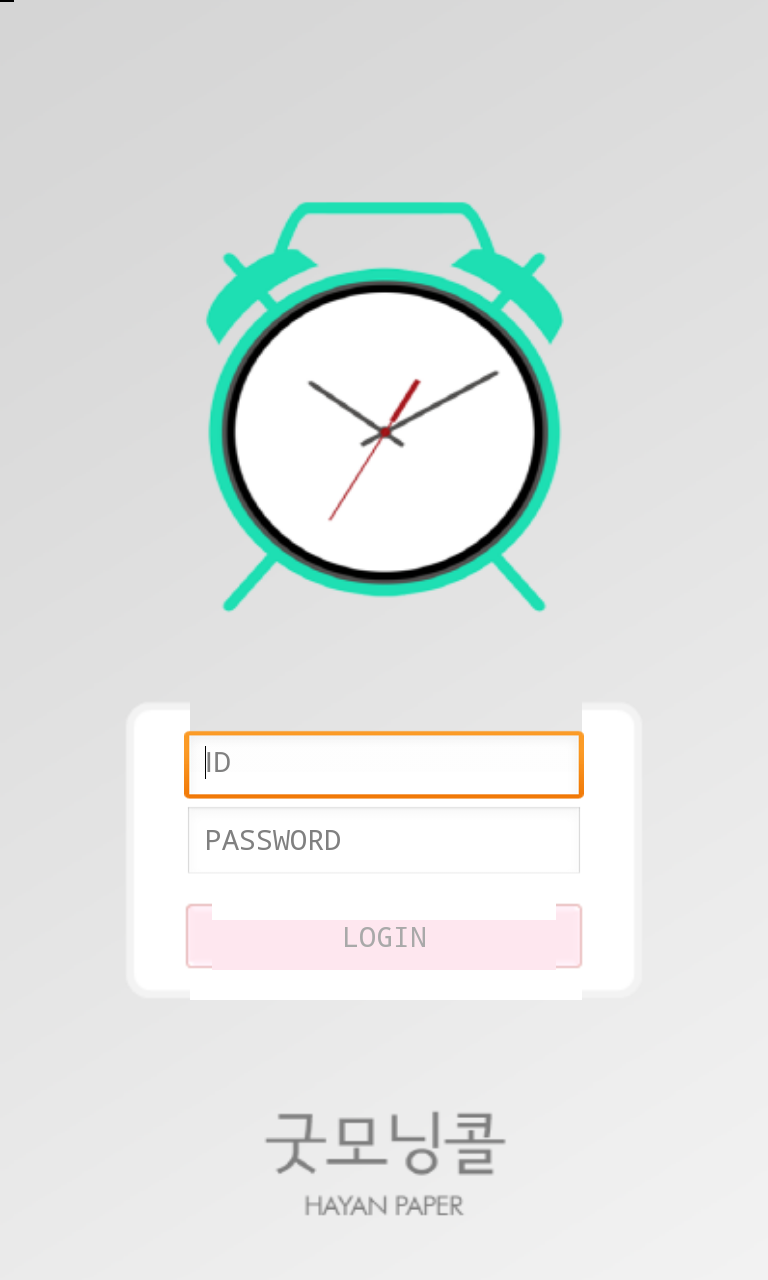
Repository: blacky512/smart_morning_call
Layout: client/SmartMorningCall/res/layout/login_activity.xml
The author's editor kept a copy of each file at every save. The layout is drawn from the files as they stood at one save, then again after the next save.
It is drawn on a 768 x 1280 px phone screen (xhdpi) without system bars, with theme android:Theme.NoTitleBar; the app's code is not run.

Above is the layout before, as saved 2013-02-25 16:34:45.

After the next save:
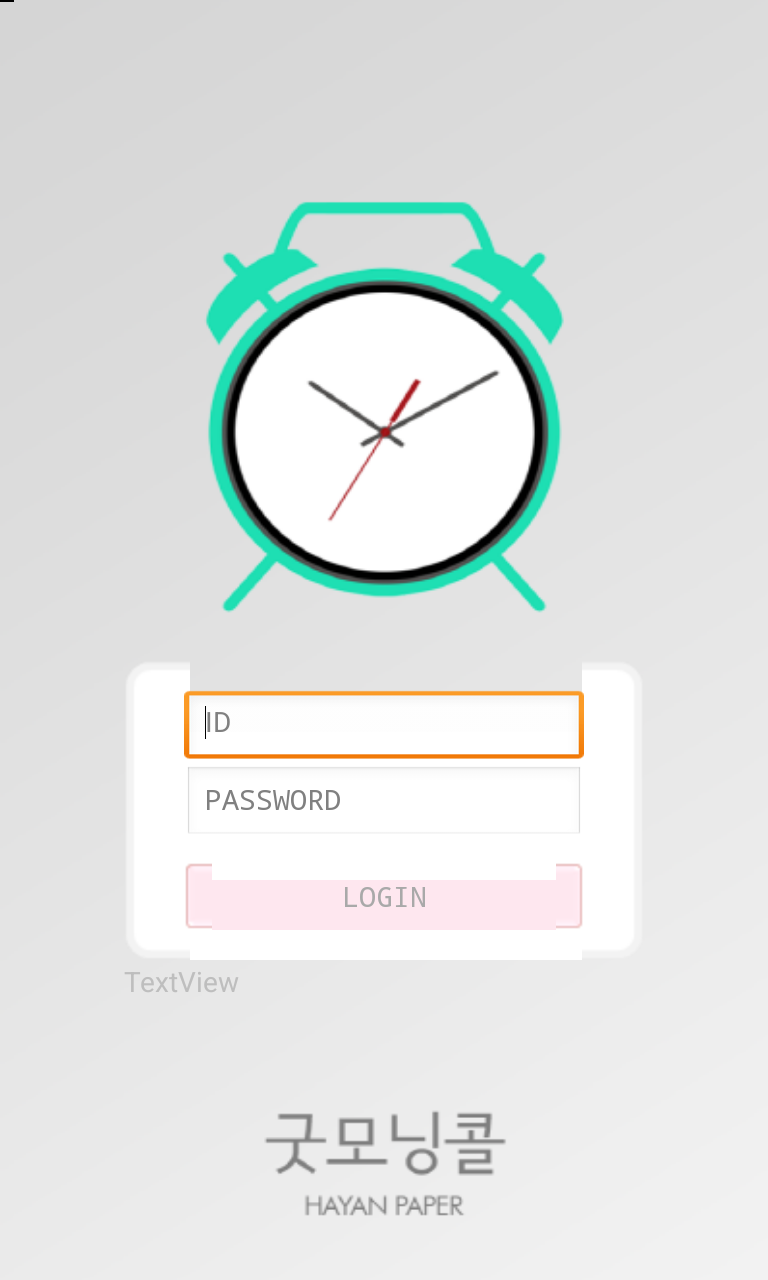
Saved 2 min 41 s later.
--- a/client/SmartMorningCall/res/layout/login_activity.xml
+++ b/client/SmartMorningCall/res/layout/login_activity.xml
@@ -102,8 +102,10 @@
                 android:id="@+id/textView1"
                 android:layout_width="wrap_content"
                 android:layout_height="wrap_content"
-                android:text="TextView"
-                android:layout_below="@+id/rl2"/>
+                android:layout_below="@+id/rl2"
+                android:layout_marginTop="1dp"
+                android:layout_alignRight="true"
+                android:text="TextView" />
 
         </RelativeLayout>
     </RelativeLayout>

After the 3 saves that followed:
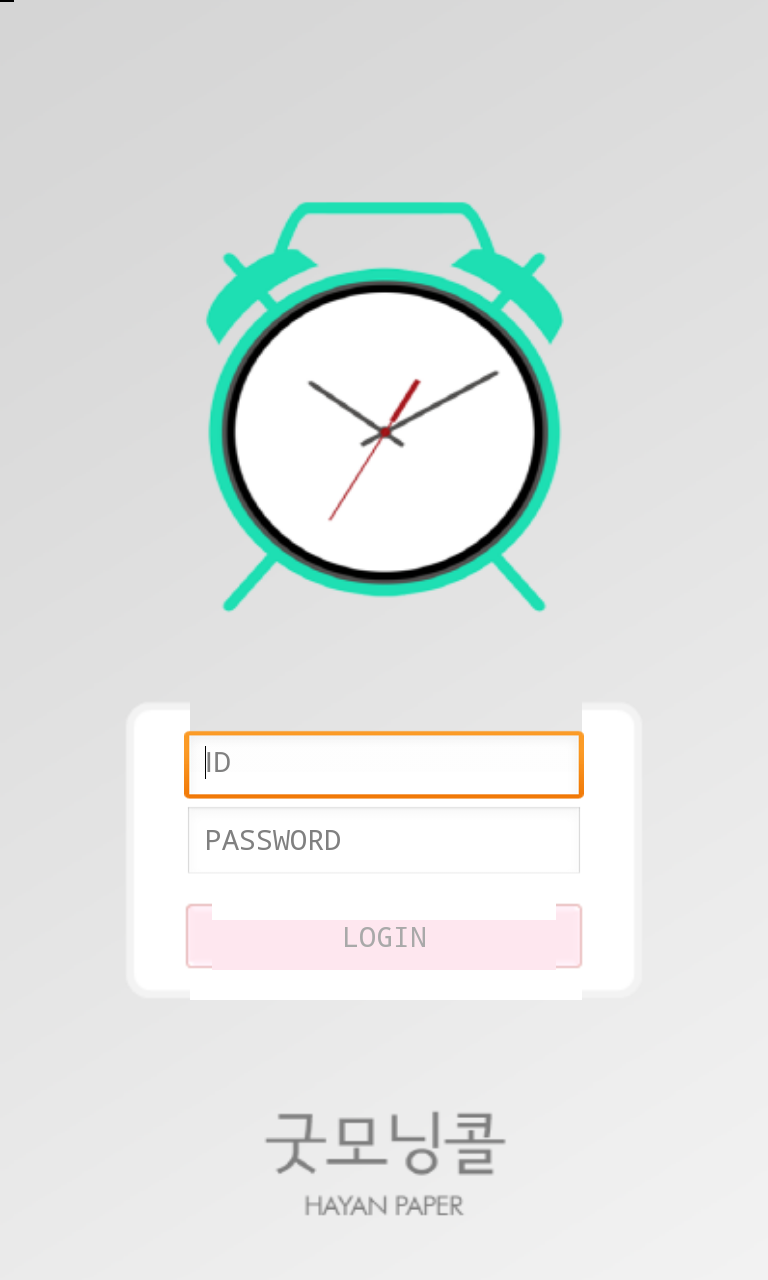
The 3 saves are shown as one change because 2 left the picture as it was.
The last was saved 65 s later.
--- a/client/SmartMorningCall/res/layout/login_activity.xml
+++ b/client/SmartMorningCall/res/layout/login_activity.xml
@@ -16,7 +16,7 @@
         android:padding="0dp" >
 
         <RelativeLayout
-            android:id="@+id/RelativeLayout2"
+            android:id="@+id/subRL"
             android:layout_width="match_parent"
             android:layout_height="match_parent"
             android:layout_centerHorizontal="true"
@@ -98,16 +98,15 @@
 
             </RelativeLayout>
 
-            <TextView
-                android:id="@+id/textView1"
-                android:layout_width="wrap_content"
-                android:layout_height="wrap_content"
-                android:layout_below="@+id/rl2"
-                android:layout_marginTop="1dp"
-                android:layout_alignRight="true"
-                android:text="TextView" />
+        </RelativeLayout>
 
-        </RelativeLayout>
+        <TextView
+            android:id="@+id/textView1"
+            android:layout_width="wrap_content"
+            android:layout_height="wrap_content"
+            android:text="TextView"
+            android:layout_below="@+id/subRL"/>
+
     </RelativeLayout>
 
 </RelativeLayout>
